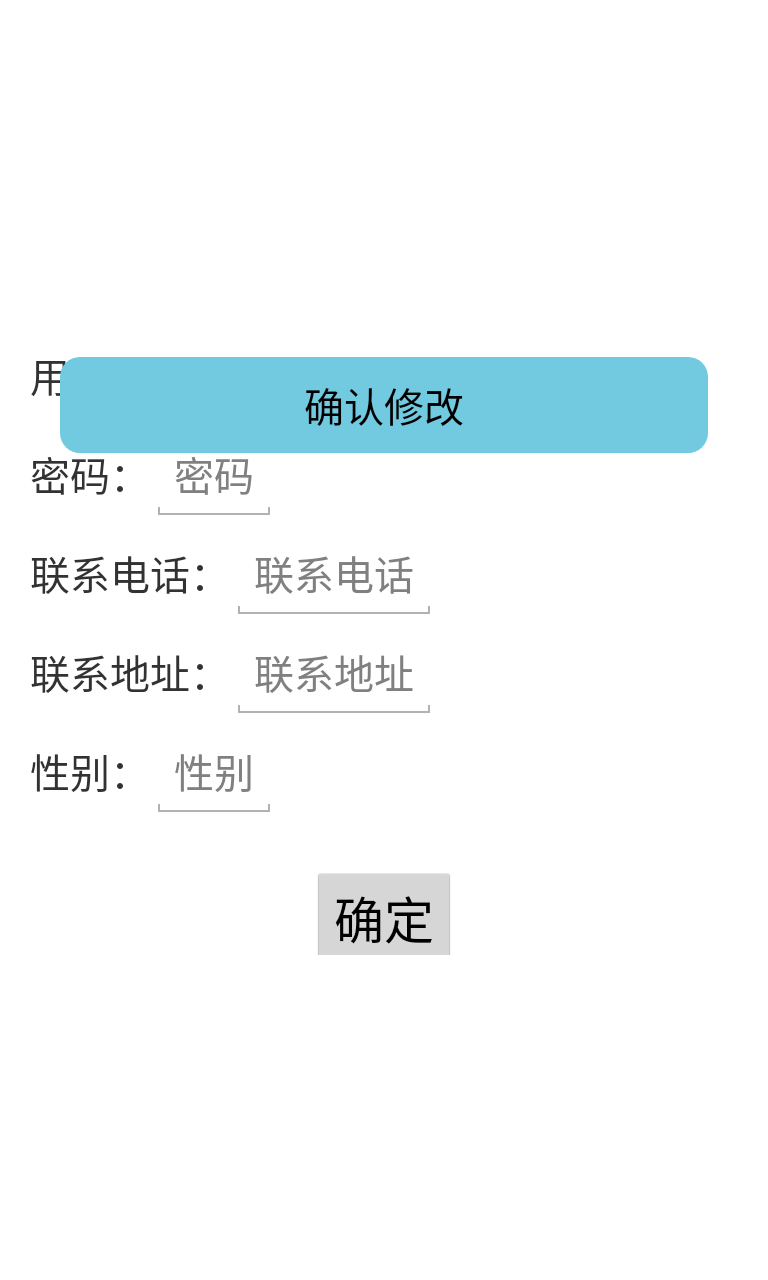
Repository: fariashen/campus-express
Layout: easyCourier/res/layout/activity_personalinfo_edit.xml
An editor plug-in stored every save of this project. The layout is shown before and after the next save, followed by the edit.
It is drawn on a 768 x 1280 px phone screen (xhdpi) without system bars, with theme AppTheme; the app's code is not run. The app's manifest (not shown) leaves right-to-left support off. So textAlignment, textDirection and layoutDirection are ignored, and left and right values win over start and end ones.

Above is the layout before, as saved 2016-04-25 08:13:08.

After the next save:
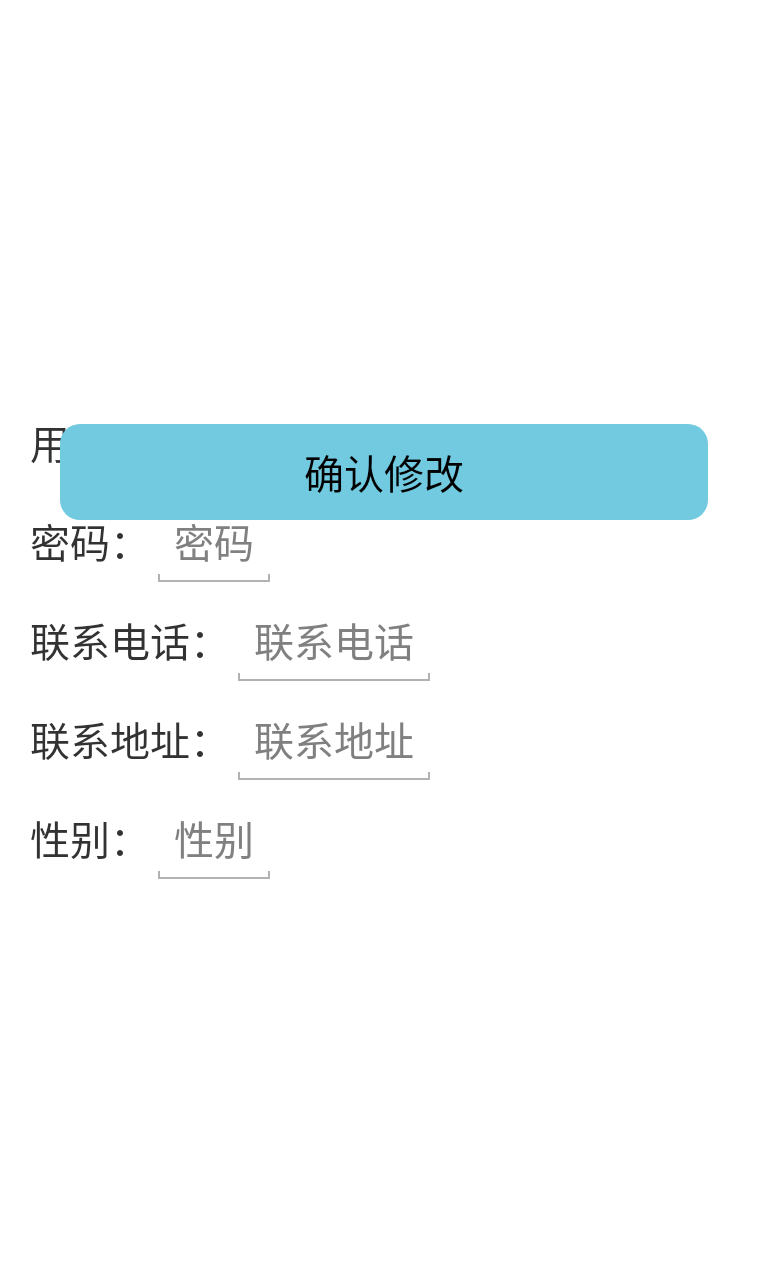
Saved 27 s later.
--- a/easyCourier/res/layout/activity_personalinfo_edit.xml
+++ b/easyCourier/res/layout/activity_personalinfo_edit.xml
@@ -125,22 +125,6 @@
         android:singleLine="true"
         android:textSize="20sp" />
 
-    <LinearLayout
-        android:layout_width="fill_parent"
-        android:layout_height="wrap_content"
-        android:layout_below="@id/et_PIE_Sex"
-        android:gravity="center" >
-
-        <Button
-            android:id="@+id/bt_PIE_Commit"
-            android:layout_width="wrap_content"
-            android:layout_height="wrap_content"
-            android:layout_marginTop="15sp"
-            android:gravity="center"
-            android:text="确定"
-            android:textSize="25sp" />
-    </LinearLayout>
-
     <Button
         android:id="@+id/bt_PersonalInfo_Commit"
         android:layout_width="fill_parent"
